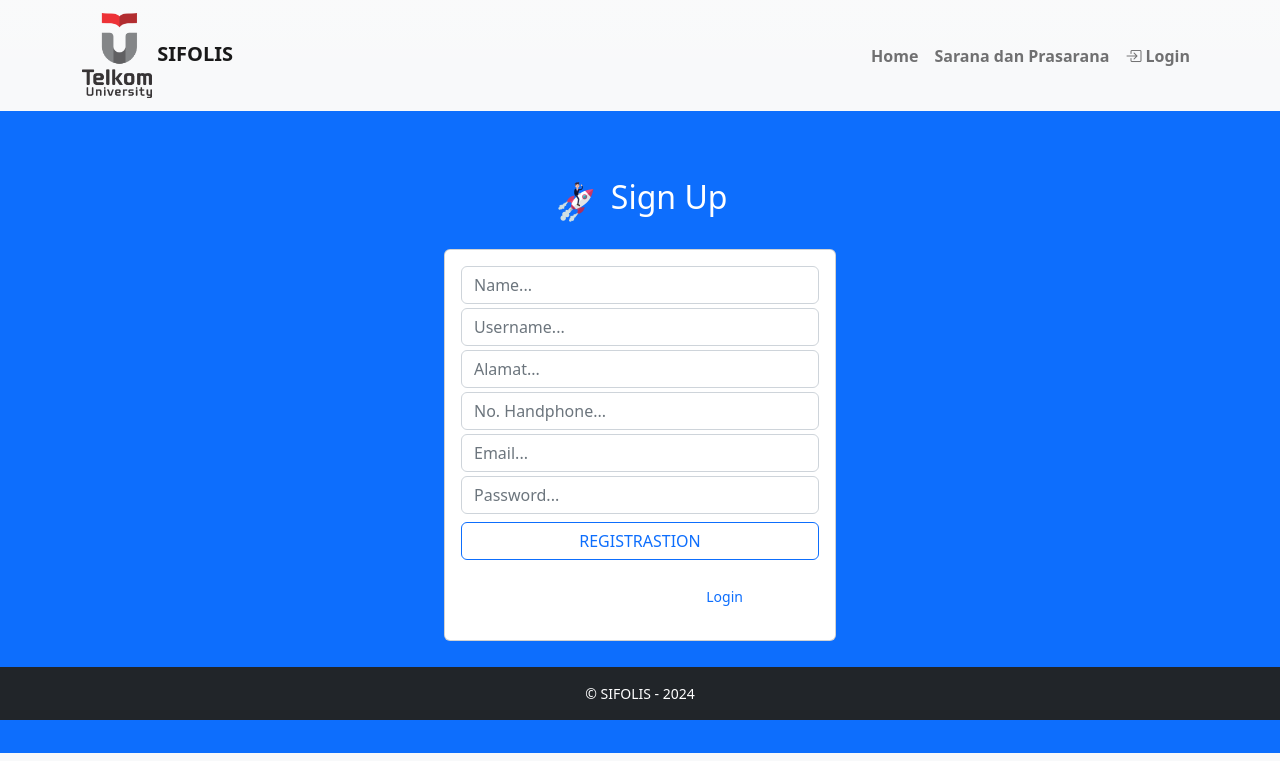
Repository: Audi87/uas_framework
Page: http://localhost/registrasi
These files come from the project's save history. The page is drawn as it stood at one moment and after the next save; the edit follows.
The browser window is 1280 px wide. The pictures show the whole page.
Some web libraries are served in a nearby version. The page is served by the project's Laravel application, run on PHP 8.4 with Laravel 10.

Above is the page before, as saved 2024-06-13 21:20:35.

After the next save:
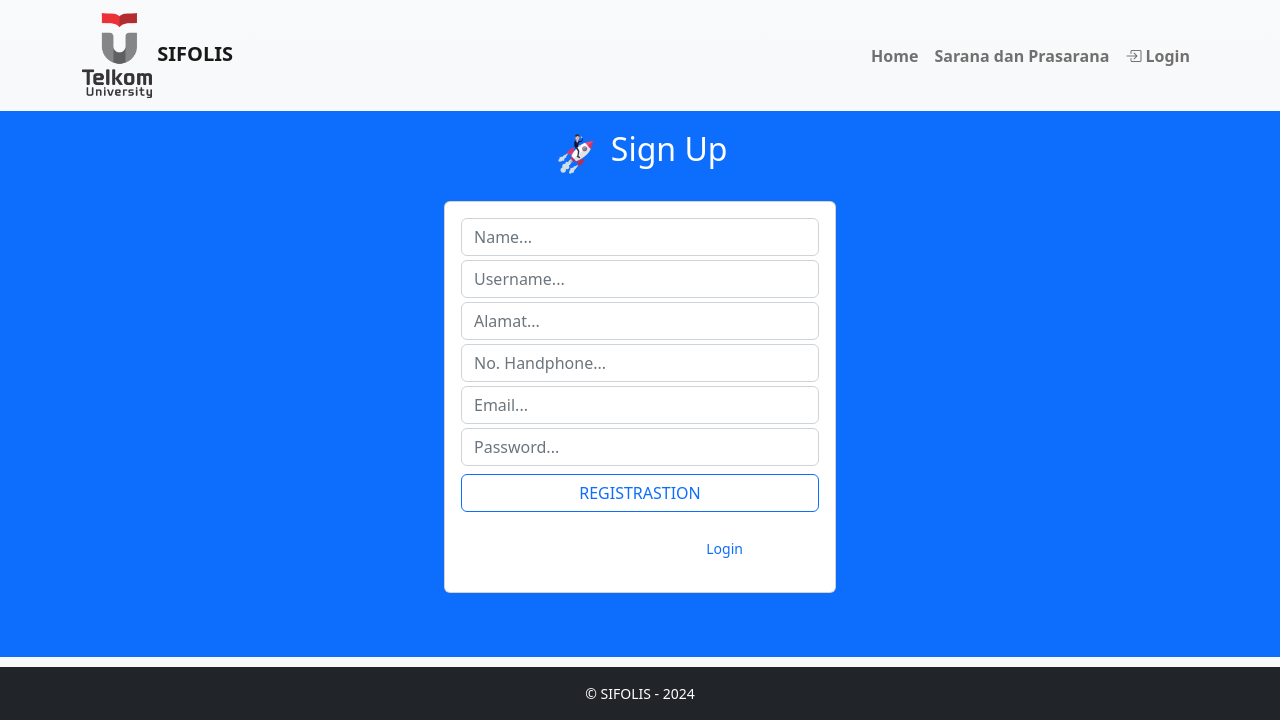
Saved 24 s later.
--- a/resources/views/registrasi/registrasi.blade.php
+++ b/resources/views/registrasi/registrasi.blade.php
@@ -3,7 +3,7 @@
 @section('content')
 
 <div class="regis p-3 mb-2 bg-primary text-white">
-    <div class="container-fluid py-5">
+    <div class="container-fluid ">
         <div class="row text-center mb-5">
             <div class="col-lg-4 offset-lg-4" >
                 <h2>

After the 4 saves that followed:
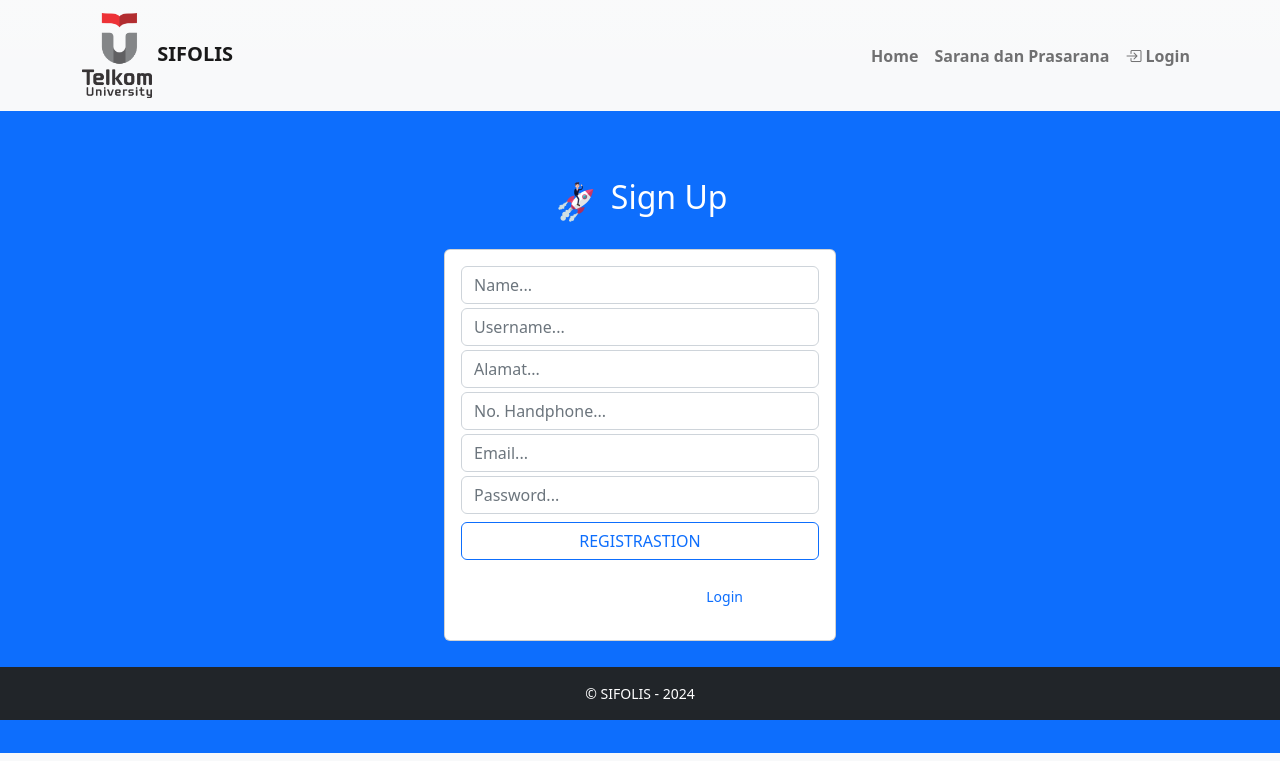
The 4 saves are shown as one change because 2 left the picture as it was and some came seconds apart.
The last was saved 30 s later.
--- a/resources/views/registrasi/registrasi.blade.php
+++ b/resources/views/registrasi/registrasi.blade.php
@@ -3,7 +3,7 @@
 @section('content')
 
 <div class="regis p-3 mb-2 bg-primary text-white">
-    <div class="container-fluid ">
+    <div class="container-fluid py-5">
         <div class="row text-center mb-5">
             <div class="col-lg-4 offset-lg-4" >
                 <h2>
